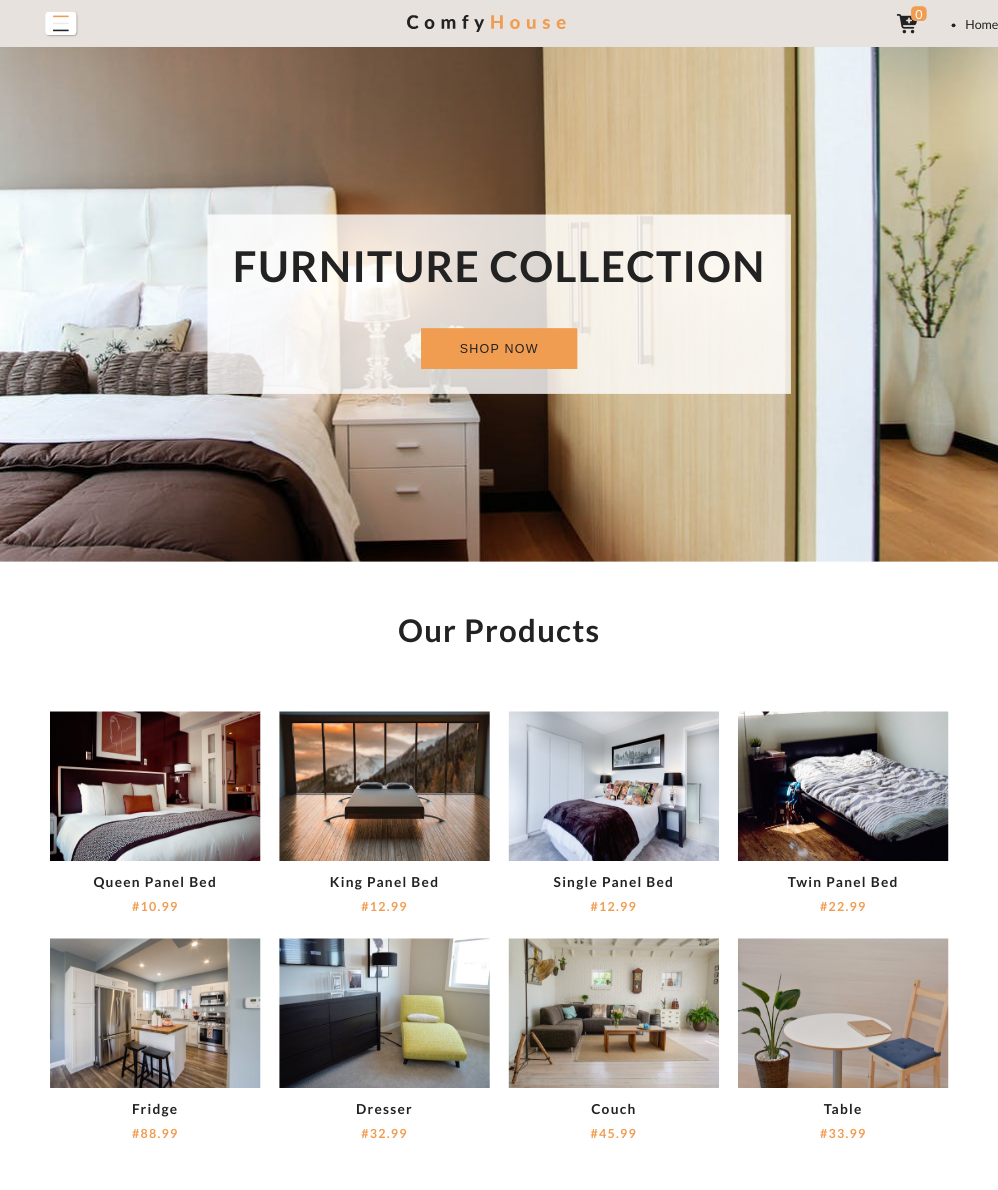
Repository: yhuakim/basic-ecommerce
Page: public/index.html
The author's editor kept a copy of each file at every save. The page is drawn from the files as they stood at one save, then again after the next save.
The browser window is 1280 px wide. The pictures show the whole page, at 78% of full size.
Some web libraries are served in a nearby version.

Above is the page before, as saved 2020-06-08 21:34:07.

After the next save:
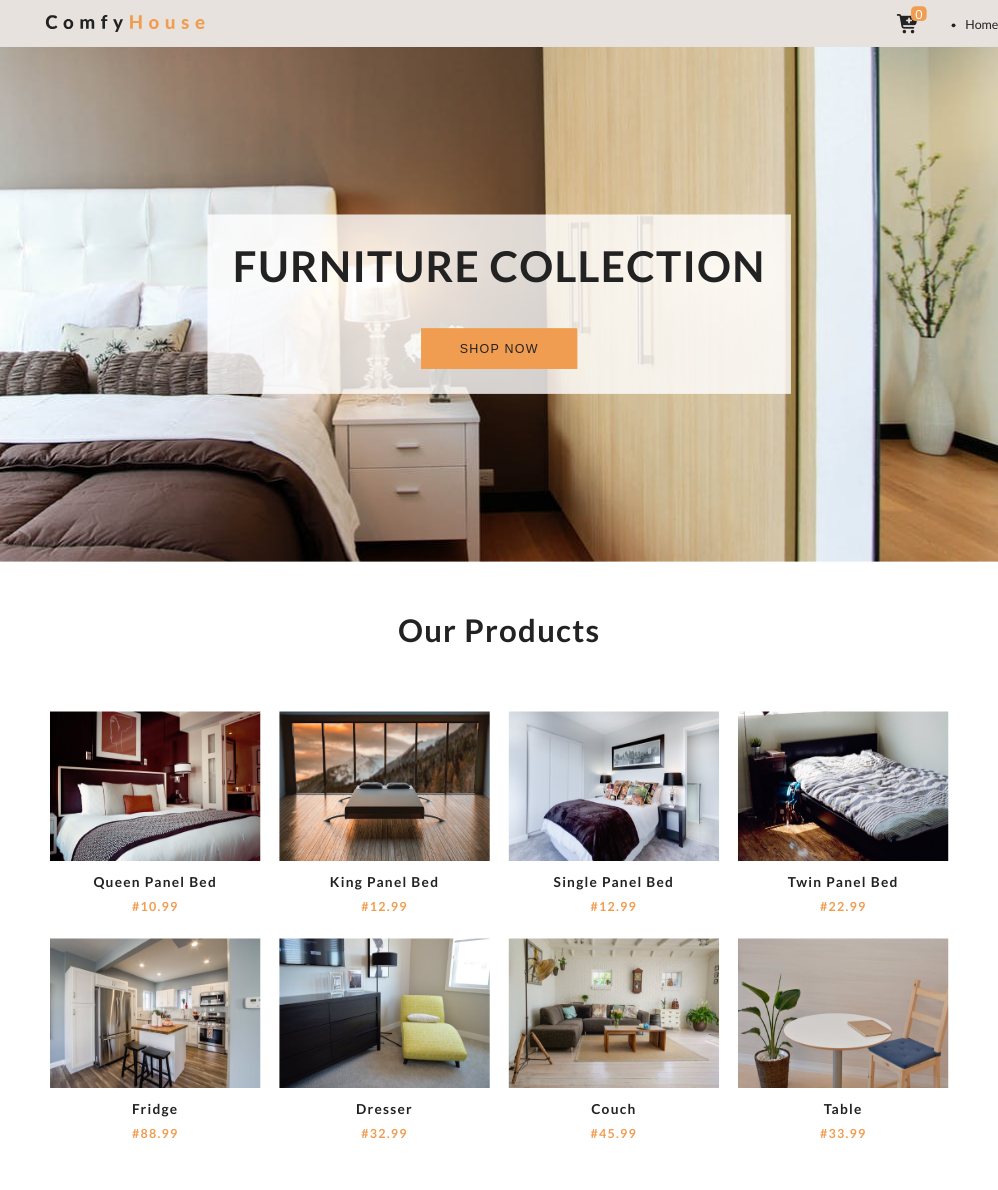
Saved 2 min 2 s later.
--- a/public/index.html
+++ b/public/index.html
@@ -11,11 +11,11 @@
 <!-- navbar -->
     <nav class="navbar">
         <div class="navbar-center">
-            <div class="nav-toggler">
+            <!-- <div class="nav-toggler">
                 <span class="stroke-a"></span>
                 <span class="stroke-b"></span>
                 <span class="stroke-c"></span>
-            </div>
+            </div> -->
             <img src="./images/logo.svg" alt="store logo">
             <div class="cart-btn">
                 <span class="nav-icon">
